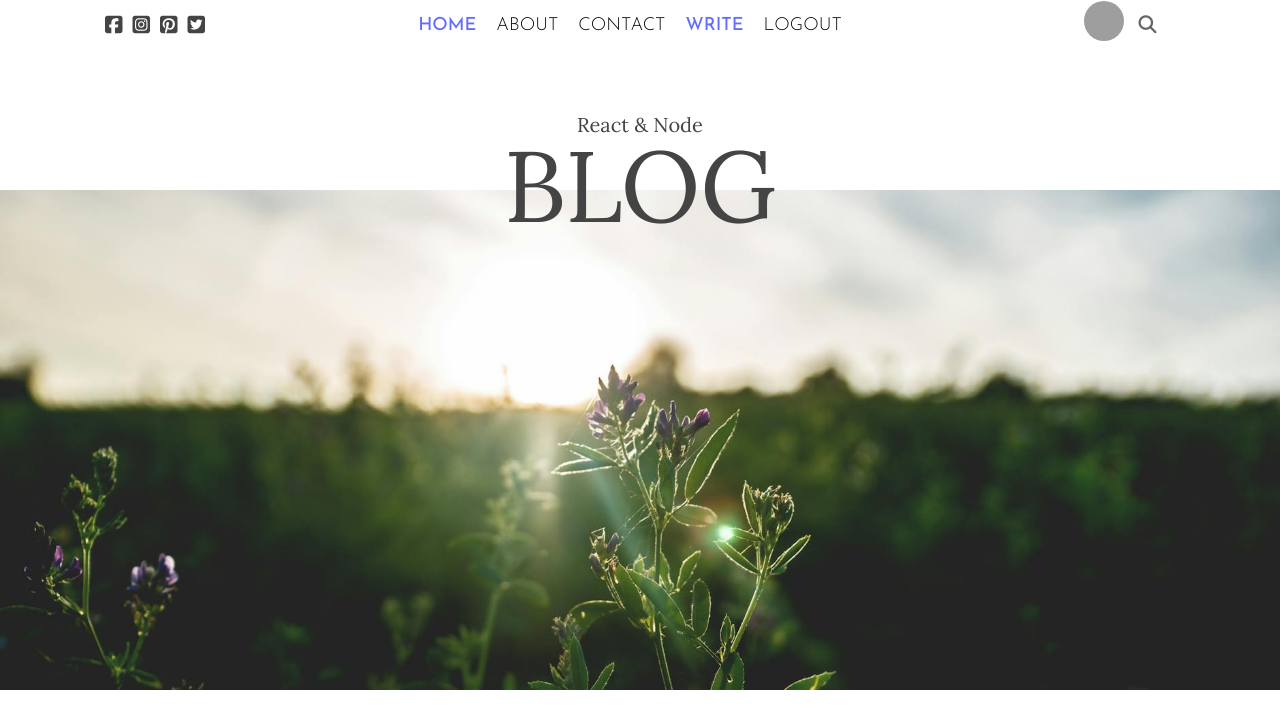
Repository: SahanChathura0730/BlogApp
Page: / (app in FrontEnd/)
An editor plug-in stored every save of this project. The page is shown before and after the next save, followed by the edit.
The browser window is 1280 px wide. The pictures show the whole page.
Pictures or frames that could not be fetched are drawn as grey boxes. Some web libraries are served in a nearby version. The project was rebuilt for these pictures with package versions that can differ from the ones it lists, and the page was loaded fresh each time.

Above is the page before, as saved 2024-08-27 02:03:21.

### FrontEnd/index.html
<!doctype html>
<html lang="en">
  <head>
    <meta charset="UTF-8" />
    <link rel="icon" type="image/svg+xml" href="/vite.svg" />
    <meta name="viewport" content="width=device-width, initial-scale=1.0" />
    <link rel="preconnect" href="https://fonts.googleapis.com">
    <link rel="preconnect" href="https://fonts.gstatic.com" crossorigin>
    <link href="https://fonts.googleapis.com/css2?family=Josefin+Sans:ital,wght@0,100..700;1,100..700&family=Lora:ital,wght@0,400..700;1,400..700&family=Varela+Round&display=swap" rel="stylesheet">
    <link rel="stylesheet" href="https://cdnjs.cloudflare.com/ajax/libs/font-awesome/6.6.0/css/all.min.css" integrity="sha512-Kc323vGBEqzTmouAECnVceyQqyqdsSiqLQISBL29aUW4U/M7pSPA/gEUZQqv1cwx4OnYxTxve5UMg5GT6L4JJg==" crossorigin="anonymous" referrerpolicy="no-referrer" />
    <title>Vite + React</title>
  </head>
  <body>
    <div id="root"></div>
    <script type="module" src="/src/main.jsx"></script>
  </body>
</html>

### FrontEnd/src/App.jsx
import { useState } from 'react'
import { BrowserRouter as Router, Routes, Route, Link } from 'react-router-dom';
import './App.css'
import TopBar from './component/topBar/TopBar'
import HomePage from './pages/homePage/HomePage';

function App() {
  return (
    <>
      <Router>
        <TopBar/>
        <HomePage/>
      </Router>
    </>
  )
}

export default App

### FrontEnd/src/index.css
:root {
  font-family: Inter, system-ui, Avenir, Helvetica, Arial, sans-serif;
  line-height: 1.5;
  font-weight: 400;

  color-scheme: light dark;
  color: rgba(255, 255, 255, 0.87);
  background-color: #ffffff;

  font-synthesis: none;
  text-rendering: optimizeLegibility;
  -webkit-font-smoothing: antialiased;
  -moz-osx-font-smoothing: grayscale;
}

a {
  font-weight: 500;
  color: #646cff;
  text-decoration: inherit;
}
a:hover {
  color: #535bf2;
}

body {
  margin: 0;
  display: flex;
  min-width: 320px;
  min-height: 100vh;
}

h1 {
  font-size: 3.2em;
  line-height: 1.1;
}


@media (prefers-color-scheme: light) {
  :root {
    color: #213547;
    background-color: #ffffff;
  }
  a:hover {
    color: #747bff;
  }
  button {
    background-color: #f9f9f9;
  }
}

### FrontEnd/src/App.css
#root {
  width: 100%;
  margin: 0;
  padding: 0;
  text-align: center;
}

### FrontEnd/src/component/topBar/TopBar.jsx
import { Link } from "react-router-dom";
import "./topBar.css";

export default function TopBar() {
  const user = true;
  return (
    <div className="top">
      <div className="topLeft">
        <i className="topIcon fab fa-facebook-square"></i>
        <i className="topIcon fab fa-instagram-square"></i>
        <i className="topIcon fab fa-pinterest-square"></i>
        <i className="topIcon fab fa-twitter-square"></i>
      </div>
      <div className="topCenter">
        <ul className="topList">
          <li className="topListItem">
            <Link className="link" to="/">
              HOME
            </Link>
          </li>
          <li className="topListItem">ABOUT</li>
          <li className="topListItem">CONTACT</li>
          <li className="topListItem">
            <Link className="link" to="/write">
              WRITE
            </Link>
          </li>
          {user && <li className="topListItem">LOGOUT</li>}
        </ul>
      </div>
      <div className="topRight">
        {user ? (
          <Link className="link" to="/settings">
            <img
              className="topImg"
              src="https://images.pexels.com/photos/1858175/pexels-photo-1858175.jpeg?auto=compress&cs=tinysrgb&dpr=2&w=500"
              alt=""
            />
          </Link>
        ) : (
          <ul className="topList">
            <li className="topListItem">
              <Link className="link" to="/login">
                LOGIN
              </Link>
            </li>
            <li className="topListItem">
              <Link className="link" to="/register">
                REGISTER
              </Link>
            </li>
          </ul>
        )}
        <i className="topSearchIcon fas fa-search"></i>
      </div>
    </div>
  );
}

### FrontEnd/src/pages/homePage/HomePage.jsx
import React from 'react'
import Header from '../../component/Header/Header';

export default function HomePage() {
   return (
     <>
       <Header/>
     </>
   );
}

### FrontEnd/src/component/topBar/topBar.css
.top {
   width: 100%;
   height: 50px;
   background-color: white;
   position: sticky;
   top: 0;
   display: flex;
   align-items: center;
   z-index: 999;
   font-family: "Josefin Sans", sans-serif;
 }

 .topLeft,
 .topRight {
   flex: 3;
   display: flex;
   align-items: center;
   justify-content: center;
 }

 .topIcon {
   font-size: 20px;
   margin-right: 10px;
   color: #444;
   cursor: pointer;
 }

 .topCenter {
   flex: 6;
 }

 .topList {
   display: flex;
   justify-content: center;
   margin: 0;
   padding: 0;
   list-style: none;
 }

 .topListItem {
   margin-right: 20px;
   font-size: 18px;
   font-weight: 300;
   cursor: pointer;
   color: rgb(8, 8, 8)
 }

 .topListItem:hover{
     color: gray;
 }

 .topImg {
   width: 40px;
   height: 40px;
   border-radius: 50%;
   object-fit: cover;
   margin-right: 15px;
   cursor: pointer;
 }

 .topSearchIcon {
   font-size: 18px;
   color: #666;
   cursor: pointer;
 }

### FrontEnd/src/component/Header/Header.jsx
import "./header.css";

export default function Header() {
  return (
    <div className="header">
      <div className="headerTitles">
        <span className="headerTitleSm">React & Node</span>
        <span className="headerTitleLg">BLOG</span>
      </div>
      <img
        className="headerImg"
        src="/images/HeaderPhoto.jpeg"
        alt=""
      />
    </div>
  );
}

### FrontEnd/src/component/Header/header.css
.header {
   margin-top: 60px;
 }

 .headerTitles {
   display: flex;
   flex-direction: column;
   align-items: center;
   font-family: "Lora", serif;
   color: #444;
   margin: 0;
   position: relative;
 }

 .headerTitleSm {
   position: absolute;
   top: 18%;
   font-size: 20px;
 }

 .headerTitleLg {
   position: absolute;
   top: 20%;
   font-size: 100px;
 }

 .headerImg {
   width: 100%;
   height: 500px;
   margin-top: 80px;
   object-fit: cover;
 }

Loaded but not shown: FrontEnd/src/main.jsx (common file)

After the next save:
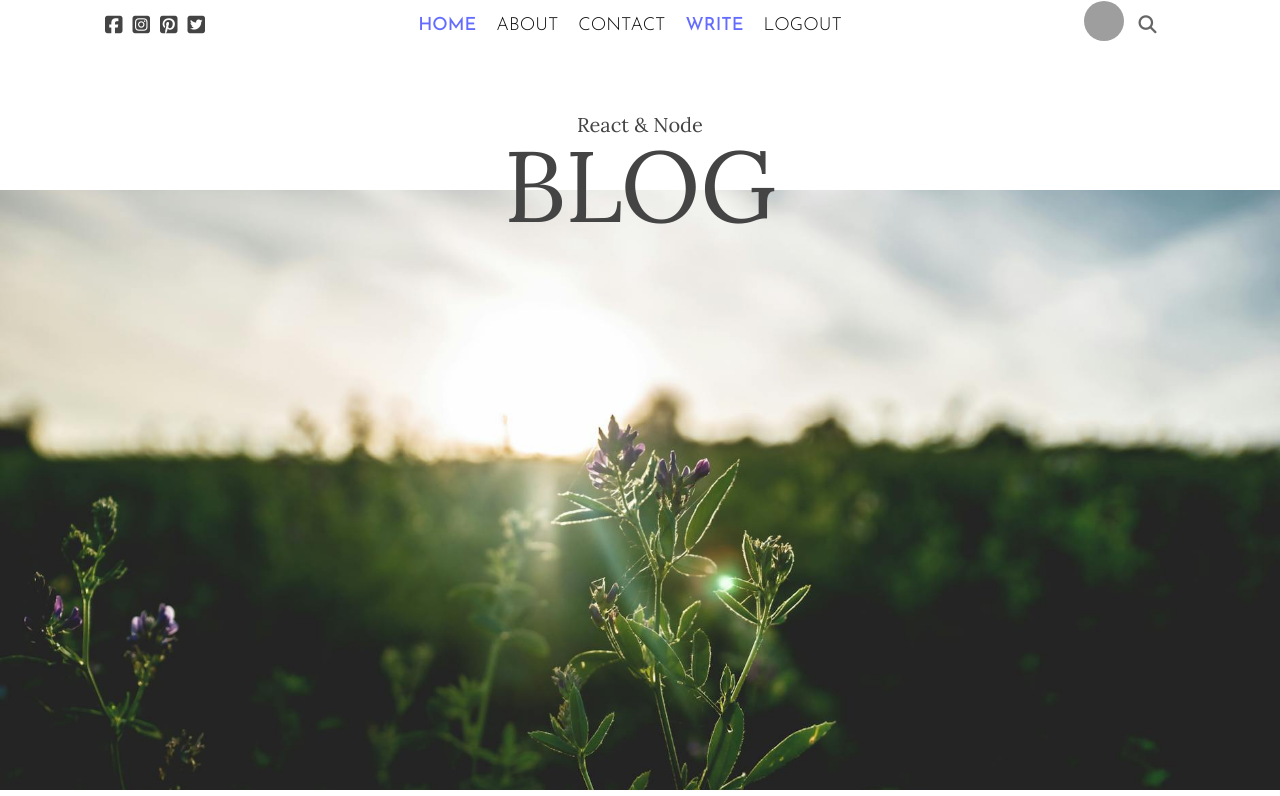
Saved 10 s later.
--- a/FrontEnd/src/component/Header/header.css
+++ b/FrontEnd/src/component/Header/header.css
@@ -26,7 +26,7 @@
 
  .headerImg {
    width: 100%;
-   height: 500px;
+   height: 600px;
    margin-top: 80px;
    object-fit: cover;
  }
